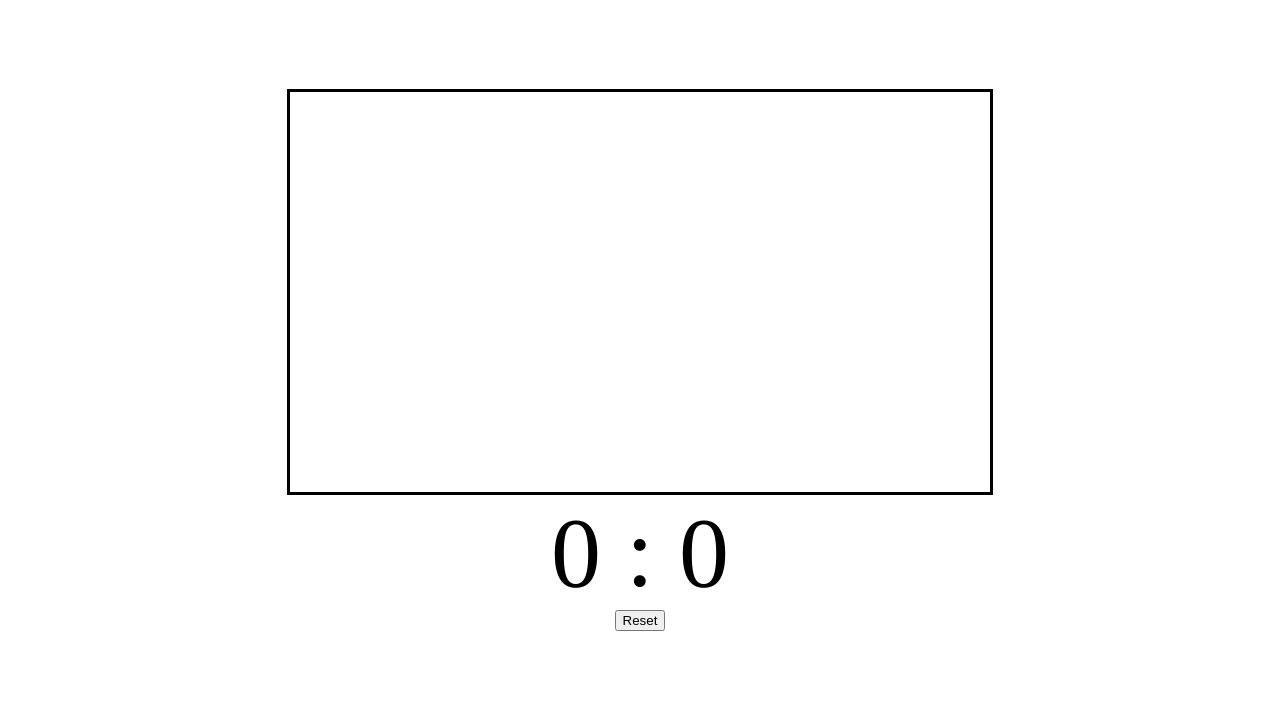
Repository: zacheys123/ping-pong
Page: index.html
An editor plug-in stored every save of this project. The page is shown before and after the next save, followed by the edit.
The browser window is 1280 px wide. The page is 1280 px wide, then 1288 px, so the pictures cover 1288 px, including what lies to the right of the window. The pictures show the whole page.

Above is the page before, as saved 2023-06-30 22:57:29.

After the next save:
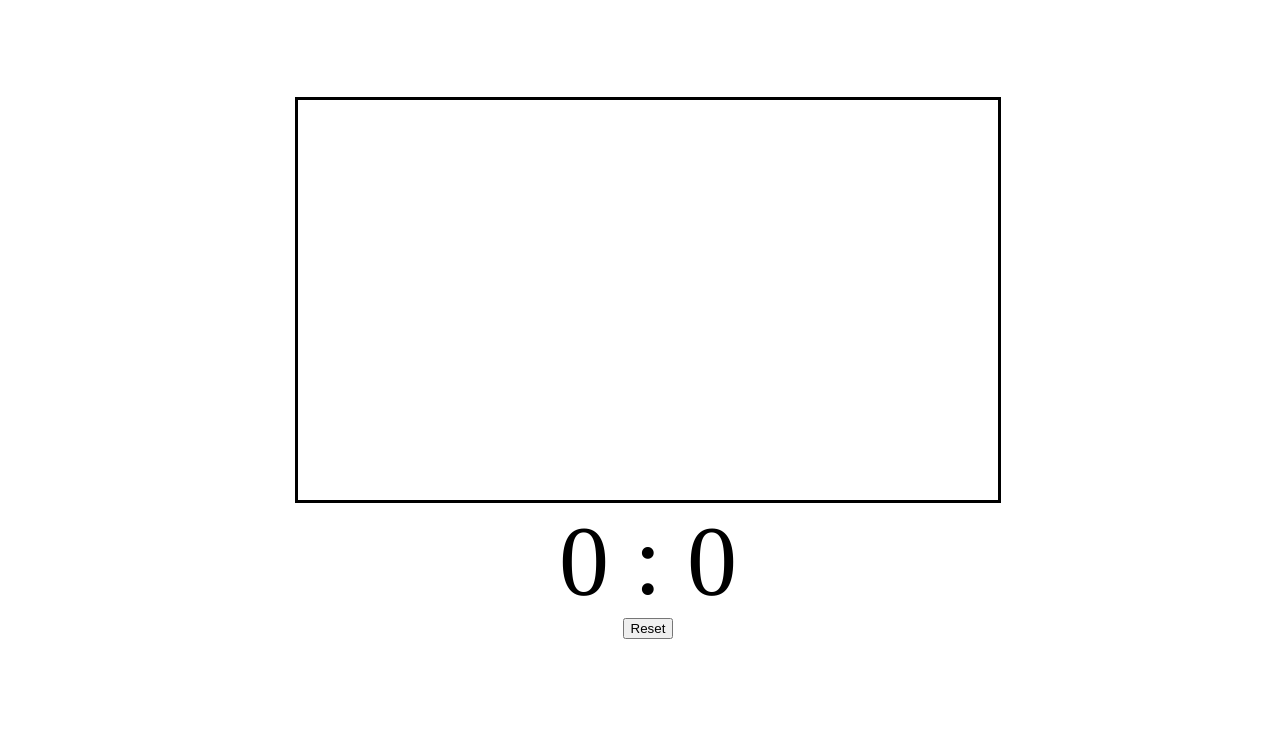
Saved 16 s later.
--- a/style.css
+++ b/style.css
@@ -3,6 +3,8 @@ body {
 	justify-content: center;
 	align-items: center;
 	position: relative;
+	width: 100vw;
+	height: 100vh;
 }
 #gamecontainer {
 	position: absolute;
